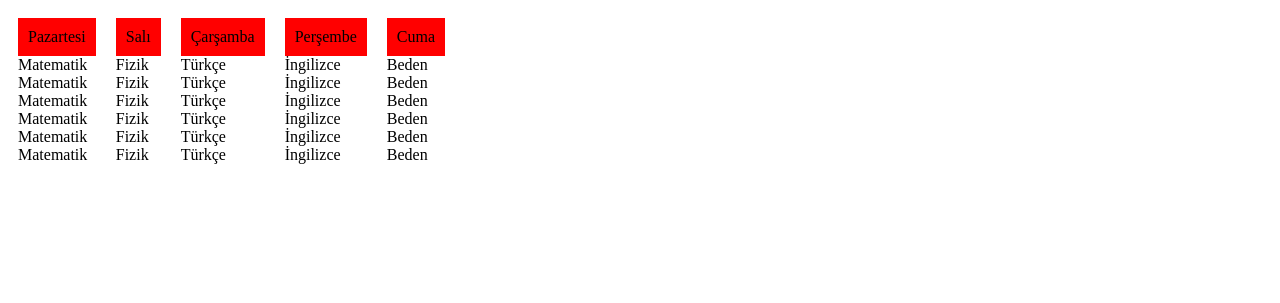
Repository: ahmetbugraozcan/css-ders-programi
Page: deneme2.html
The author's editor kept a copy of each file at every save. The page is drawn from the files as they stood at one save, then again after the next save.
The browser window is 1280 px wide. The pictures show the whole page.

Above is the page before, as saved 2021-07-10 14:20:55.

After the next save:
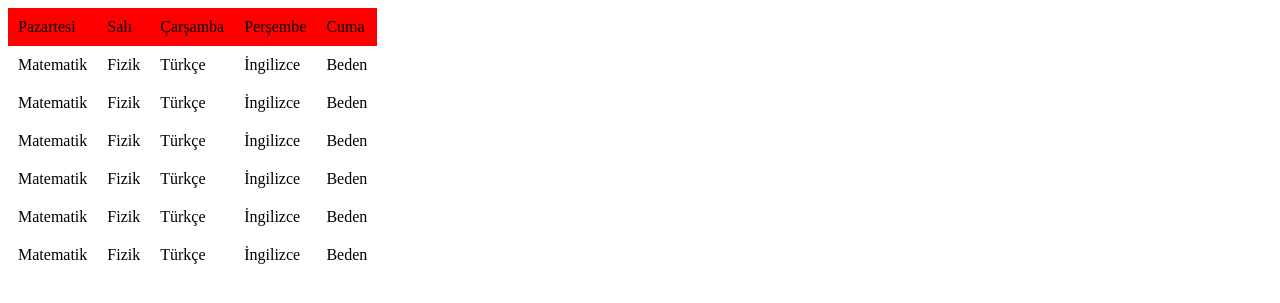
Saved 8 s later.
--- a/deneme2.html
+++ b/deneme2.html
@@ -12,7 +12,7 @@
             display: flex;
             flex-direction: row;
         }
-        .row > div{
+        .row > div > div{
             padding: 10px;
         }
 
